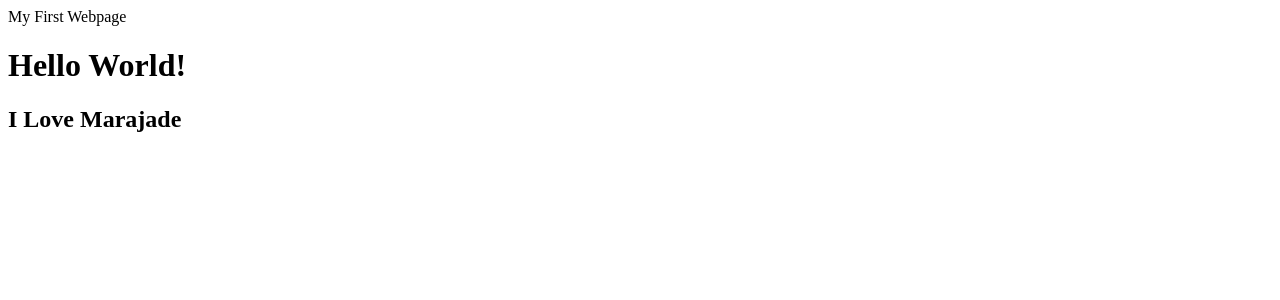
Repository: j0vesday/git_test
Page: html-boilerplate/index.html
The author's editor kept a copy of each file at every save. The page is drawn from the files as they stood at one save, then again after the next save.
The browser window is 1280 px wide. The pictures show the whole page.

Above is the page before, as saved 2024-09-21 03:07:40.

After the next save:
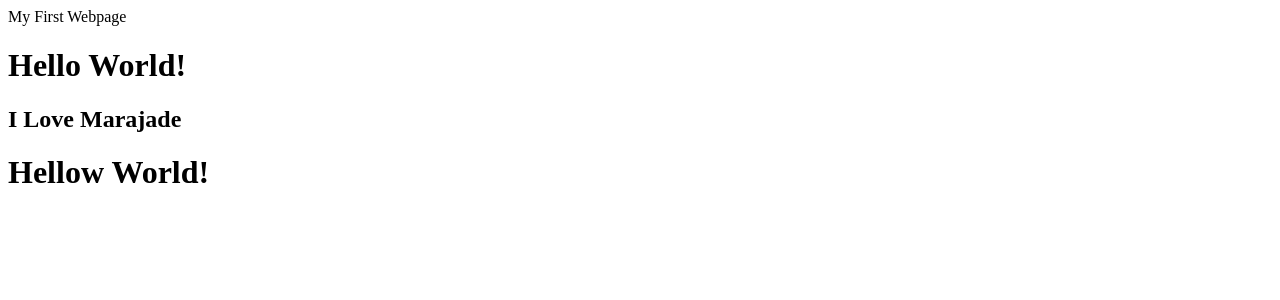
Saved 71 min 52 s later.
--- a/html-boilerplate/index.html
+++ b/html-boilerplate/index.html
@@ -10,3 +10,27 @@
         <h2>I Love Marajade</h2>
     </body>
 </html>
+
+<!DOCTYPE html>
+<html lang="en">
+    <head>
+    <meta charset="UTF-8">
+    <title> My First Webpage</title>
+    </head>
+
+    <body>
+        <h1>Hellow World!</h1>
+    </body>
+</html>
+
+<!DOCTYPE html>
+<html lang="en">
+<head>
+    <meta charset="UTF-8">
+    <meta name="viewport" content="width=device-width, initial-scale=1.0">
+    <title>Document</title>
+</head>
+<body>
+
+</body>
+</html>
